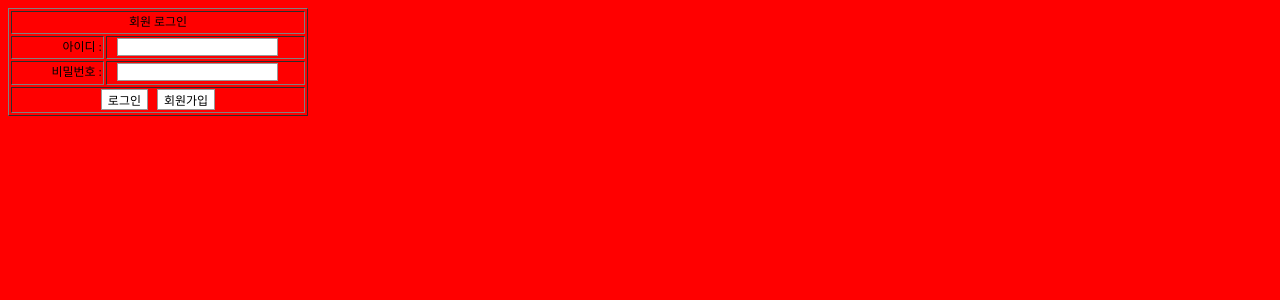
Repository: kdongjin/jspStudy
Page: http://localhost/jspStudy/memberone/login.jsp
The author's editor kept a copy of each file at every save. The page is drawn from the files as they stood at one save, then again after the next save.
The browser window is 1280 px wide. The pictures show the whole page.
The page is served by Tomcat 9. Nobody is signed in. The application's start-up code is not run. Other server files are loaded and not shown.

Above is the page before, as saved 2024-12-11 00:48:40.

### jspStudy/src/main/webapp/memberone/login.jsp
<%@ page contentType="text/html; charset=UTF-8" %>
<html>
<head>
<title>Log in</title>
<link href="../css/style.css" type="text/css" rel="stylesheet" />
</head>
<body>
	<form method="post" action="#">
		<table width="300" border="1">
			<tr>
				<td colspan="2" align="center">회원 로그인</td>
			</tr>
			<tr>
				<td align="right" width="100">아이디 :</td>
				<td width="200">&nbsp;&nbsp; <input type="text" name="id"
					size="20" /></td>
			</tr>
			<tr>
				<td align="right" width="100">비밀번호 :</td>
				<td width="200">&nbsp;&nbsp; <input type="password" name="pass"
					size="20" /></td>
			</tr>
			<tr>
				<td colspan="2" align="center"><input type="submit" value="로그인" />&nbsp;&nbsp;
					<input type="button" value="회원가입"
					onClick="javascript:window.location='regForm.jsp'" /></td>
			</tr>
		</table>
	</form>
</body>
</html>

### jspStudy/src/main/webapp/css/style.css
@charset "UTF-8";


BODY {
	FONT-SIZE: 9pt;
	COLOR: black;
	LINE-HEIGHT: 160%;
	background-color: red;
}

main {
	width: 80%;
	margin: 0 auto;
	border: 1px solid black;
}

TD {
	FONT-SIZE: 9pt;
	COLOR: black;
	LINE-HEIGHT: 160%;
}

SELECT {
	FONT-SIZE: 9pt;
	COLOR: black;
	LINE-HEIGHT: 160%;
}

DIV {
	FONT-SIZE: 9pt;
	COLOR: black;
	LINE-HEIGHT: 160%;
}

FORM {
	FONT-SIZE: 9pt;
	COLOR: black;
	LINE-HEIGHT: 160%;
}

TEXTAREA {
	BORDER-RIGHT: 1px solid #999999;
	BORDER-TOP: 1px solid #999999;
	FONT-SIZE: 9pt;
	BORDER-LEFT: 1px solid #999999;
	COLOR: BLACK;
	BORDER-BOTTOM: 1px solid #999999;
	BACKGROUND-COLOR: white
}

INPUT {
	BORDER-RIGHT: 1px solid #999999;
	BORDER-TOP: 1px solid #999999;
	FONT-SIZE: 9pt;
	BORDER-LEFT: 1px solid #999999;
	COLOR: BLACK;
	BORDER-BOTTOM: 1px solid #999999;
	BACKGROUND-COLOR: white
}

A:link {
	text-decoration: #696969
}

A:hover {
	text-decoration: #66CCFF
}

A:visited {
	text-decoration: #330066
}

After the next save:
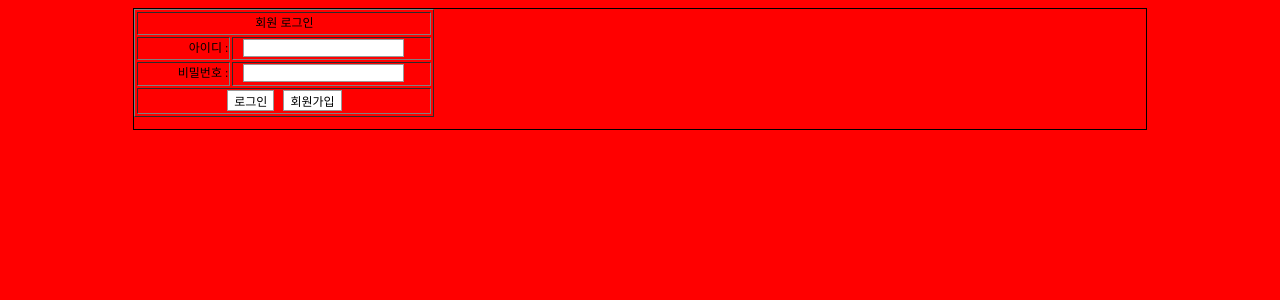
Saved 12 s later.
--- a/jspStudy/src/main/webapp/memberone/login.jsp
+++ b/jspStudy/src/main/webapp/memberone/login.jsp
@@ -1,31 +1,33 @@
-<%@ page contentType="text/html; charset=UTF-8" %>
+<%@ page contentType="text/html; charset=UTF-8"%>
 <html>
 <head>
 <title>Log in</title>
 <link href="../css/style.css" type="text/css" rel="stylesheet" />
 </head>
 <body>
-	<form method="post" action="#">
-		<table width="300" border="1">
-			<tr>
-				<td colspan="2" align="center">회원 로그인</td>
-			</tr>
-			<tr>
-				<td align="right" width="100">아이디 :</td>
-				<td width="200">&nbsp;&nbsp; <input type="text" name="id"
-					size="20" /></td>
-			</tr>
-			<tr>
-				<td align="right" width="100">비밀번호 :</td>
-				<td width="200">&nbsp;&nbsp; <input type="password" name="pass"
-					size="20" /></td>
-			</tr>
-			<tr>
-				<td colspan="2" align="center"><input type="submit" value="로그인" />&nbsp;&nbsp;
-					<input type="button" value="회원가입"
-					onClick="javascript:window.location='regForm.jsp'" /></td>
-			</tr>
-		</table>
-	</form>
+	<main>
+		<form method="post" action="#">
+			<table width="300" border="1">
+				<tr>
+					<td colspan="2" align="center">회원 로그인</td>
+				</tr>
+				<tr>
+					<td align="right" width="100">아이디 :</td>
+					<td width="200">&nbsp;&nbsp; <input type="text" name="id"
+						size="20" /></td>
+				</tr>
+				<tr>
+					<td align="right" width="100">비밀번호 :</td>
+					<td width="200">&nbsp;&nbsp; <input type="password"
+						name="pass" size="20" /></td>
+				</tr>
+				<tr>
+					<td colspan="2" align="center"><input type="submit"
+						value="로그인" />&nbsp;&nbsp; <input type="button" value="회원가입"
+						onClick="javascript:window.location='regForm.jsp'" /></td>
+				</tr>
+			</table>
+		</form>
+	</main>
 </body>
 </html>
